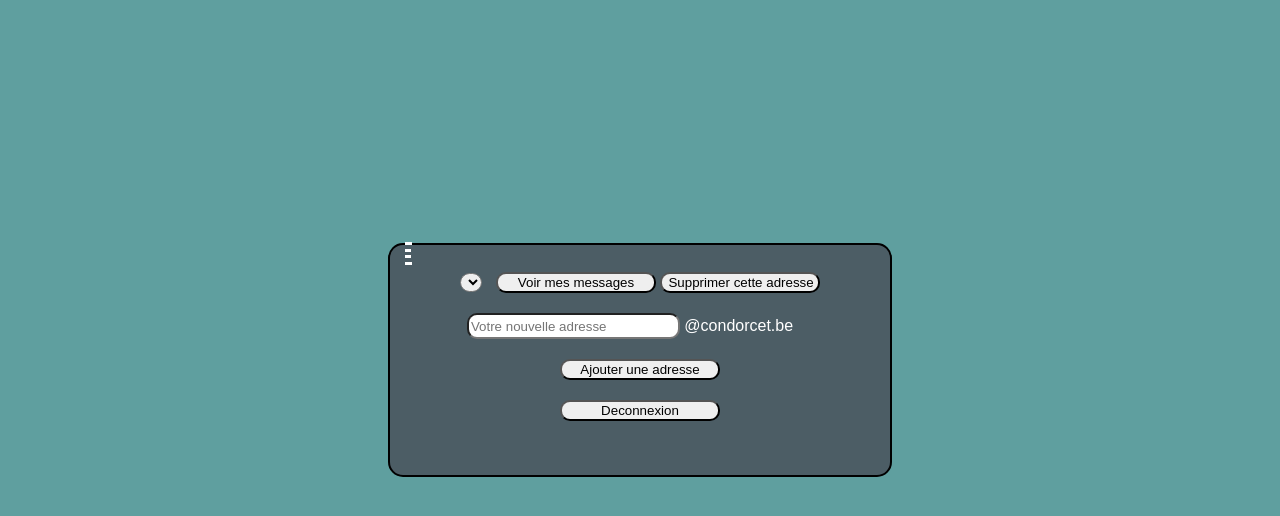
Repository: N1portekoi/JEE
Page: http://localhost/WebMail/JSP/AdressesIndesirables.jsp
These files come from the project's save history. The page is drawn as it stood at one moment and after the next save; the edit follows.
The browser window is 1280 px wide. The pictures show the whole page.
The page is served by Tomcat 9. Other server files are loaded and not shown.

Above is the page before, as saved 2017-01-12 17:09:11.

### WebMail/WebContent/JSP/AdressesIndesirables.jsp
<%@ taglib uri="http://java.sun.com/jsp/jstl/core" prefix="c" %>
<!DOCTYPE html>
<html>
<head>
<meta charset="utf-8">
<title>Web Mail - Adresses</title>
<link type="text/css" rel="stylesheet" href="CSS/Adresses.css" />
</head>
<body>
	<div id="main">
		<p class="utilisateur">${sessionScope.utilisateur.prenom} ${sessionScope.utilisateur.nom}</p>
		<form method="POST" action="Adresses">
			<select name="selectAdresse">
				<c:forEach items="${sessionScope.utilisateur.adresses}" var="adresse">
					<option value="${adresse}">${adresse}</option>
				</c:forEach>
			</select>
			<input name="btnVoirMessages"   type="submit"   value="Voir mes messages" />
			<input name="btnSupprimerEmail" type="submit"   value="Supprimer cette adresse"/>
			<input name="nouvelleAdresse"   type="text"     placeholder="Votre nouvelle adresse"   maxlength="15">
			<p>@condorcet.be</p>
			<input name="btnAjouterAdresse" type="submit"   value="Ajouter une adresse" />
		</form>
		<form method="GET" action="Connexion">
			<input type="submit"   value="Deconnexion" />
		</form>
	</div>
	<div  id="message">
		${message}
	</div>
</body>
</html>

### WebMail/WebContent/CSS/Adresses.css
body
{
  background-color : #5F9F9F;
  font-family: Arial;
}

#main
{
	border : black 2px solid;
	background-color : #4c5d65;
	height : 230px;
	width : 500px;
	margin-left: auto;
	margin-right: auto;
	margin-top: 50vh;
  	transform: translateY(-50%);
  	border-radius : 15px;
}

#message
{
	display: inline-block;
	background-color : #000000;
	color : #ffffff;
	text-align : center;
	position : absolute;
	top : 50px;
	left : 50px;
}

p
{
  display : inline;
	text-align : center;
	margin-top : 10px;
	margin-bottom : 10px;
  margin-right : 20px;
	color : #ffffff;
}

.utilisateur
{
  font-size 22;
  font-family : cubic.ttf;
  margin-left : 15px;
  border : dotted;
}

form
{
	text-align : center;
}

select
{
  border-radius : 10px;
  margin-right : 10px;
  margin-top : 10px;
}

input
{
  border-radius : 10px;
	margin-bottom : 20px;
}

input[type="text"], input[type="password"]
{
	border-radius : 10px;
	width : 205px;
	height : 20px;
}

input[type="submit"]
{
	width : 160px;
}

After the next save:
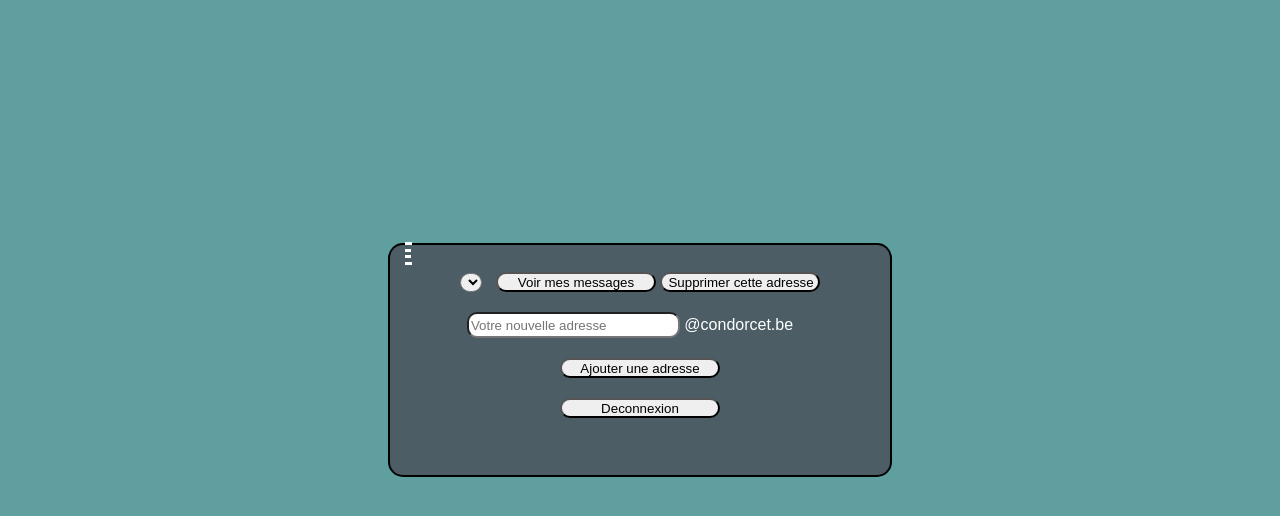
Saved 101 s later.
--- a/WebMail/WebContent/CSS/Adresses.css
+++ b/WebMail/WebContent/CSS/Adresses.css
@@ -40,10 +40,11 @@ p
 
 .utilisateur
 {
-  font-size 22;
-  font-family : cubic.ttf;
-  margin-left : 15px;
-  border : dotted;
+  	font-size 22;
+  	font-family : cubic.ttf;
+  	margin-top : 20px;
+  	margin-left : 15px;
+  	border : dotted;
 }
 
 form
@@ -53,14 +54,15 @@ form
 
 select
 {
-  border-radius : 10px;
-  margin-right : 10px;
-  margin-top : 10px;
+  	border-radius : 10px;
+  	margin-right : 10px;
+  	margin-top : 10px;
 }
 
 input
 {
-  border-radius : 10px;
+	height : 20px;
+  	border-radius : 10px;
 	margin-bottom : 20px;
 }
 
